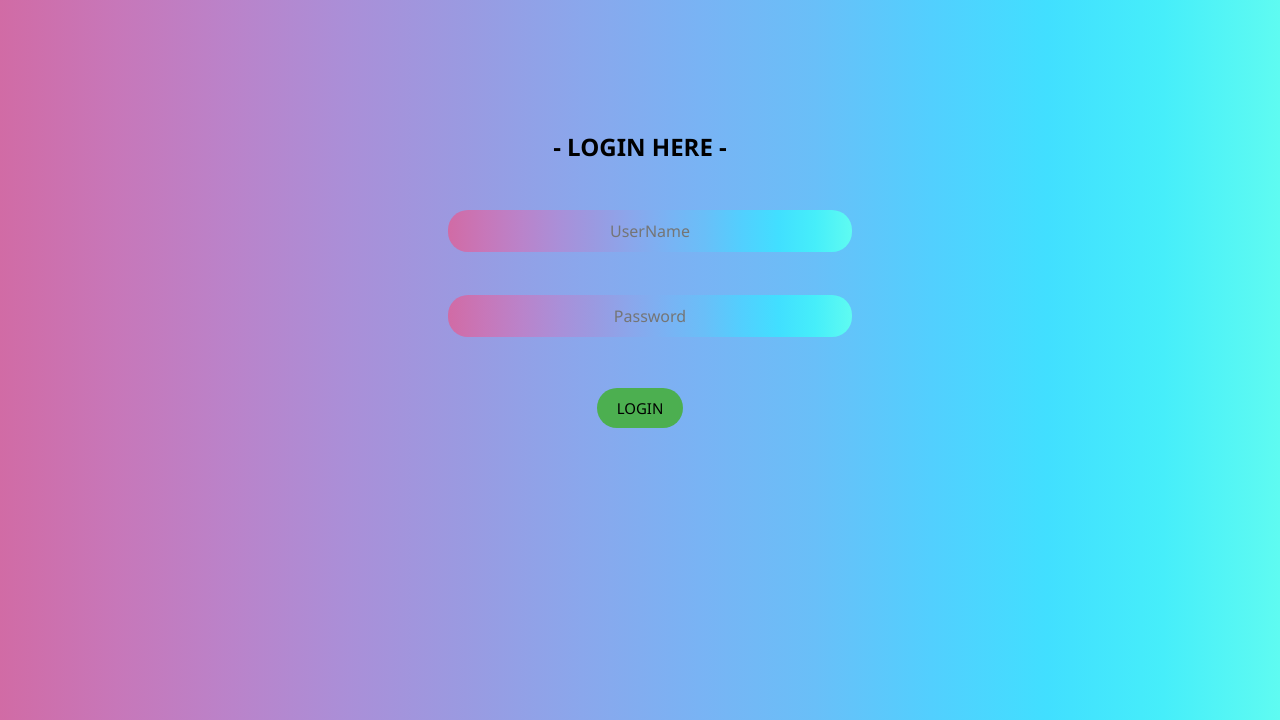
Repository: amitSai12/CMS
Page: http://localhost/LibraryManagementDemo/Login.jsp
These files come from the project's save history. The page is drawn as it stood at one moment and after the next save; the edit follows.
The browser window is 1280 px wide. The pictures show the whole page.
The page is served by Tomcat 9.

Above is the page before, as saved 2023-10-03 19:33:23.

After the next save:
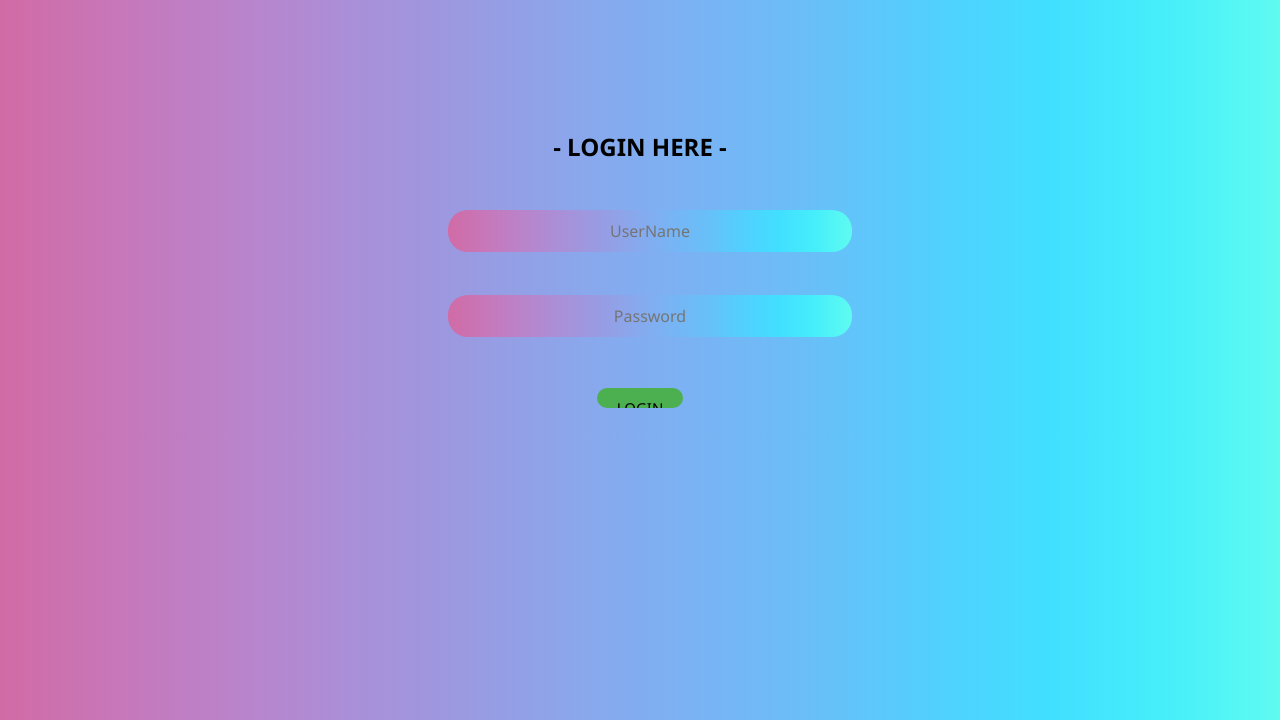
Saved 18 s later.
--- a/Day1_Thu/LibraryManagementDemo/src/main/webapp/login.css
+++ b/Day1_Thu/LibraryManagementDemo/src/main/webapp/login.css
@@ -40,7 +40,8 @@ input[type="submit"] {
     background-color: #4CAF50;
     color: rgb(0, 0, 0);
     border: none;
-    border-radius: 25px;
+    border-radius: 35px;
+    height: 10PX;
     padding: 10px 20px;
     font-size: 15px;
     font-family: 'Segoe UI', Tahoma, Geneva, Verdana, sans-serif;
